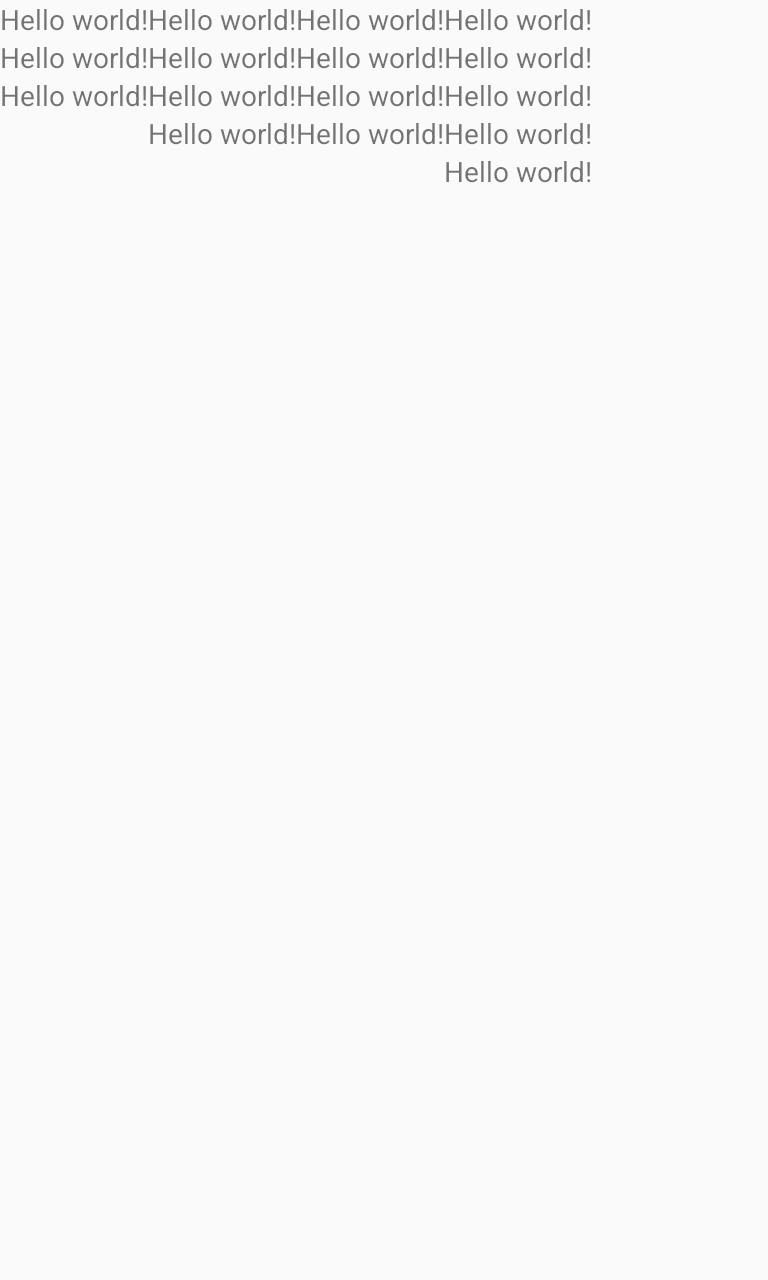
Repository: deyan-yosifov/Android
Layout: Workspace/BouncingBallGame/res/layout/activity_accelerometer_monitor.xml
The author's editor kept a copy of each file at every save. The layout is drawn from the files as they stood at one save, then again after the next save.
It is drawn on a 768 x 1280 px phone screen (xhdpi) without system bars, with theme AppTheme; the app's code is not run.

Above is the layout before, as saved 2015-01-03 17:58:08.

### Workspace/BouncingBallGame/res/layout/activity_accelerometer_monitor.xml
<RelativeLayout xmlns:android="http://schemas.android.com/apk/res/android"
    xmlns:tools="http://schemas.android.com/tools"
    android:layout_width="match_parent"
    android:layout_height="match_parent"
    tools:context="${relativePackage}.${activityClass}" >

	<LinearLayout
	    android:layout_width="wrap_content"
        android:layout_height="wrap_content"
        android:orientation="vertical"
        android:id="@+id/acceleromatorValues"
	    >
	    <TextView
	        android:layout_width="wrap_content"
	        android:layout_height="wrap_content"
	        android:id="@+id/accelerometer_x_coordinate_textView"
	        android:text="@string/hello_world" />

	    <TextView
	        android:layout_width="wrap_content"
	        android:layout_height="wrap_content"
	        android:id="@+id/accelerometer_y_coordinate_textView"
	        android:text="@string/hello_world" />

	    <TextView
	        android:layout_width="wrap_content"
	        android:layout_height="wrap_content"
	        android:id="@+id/accelerometer_z_coordinate_textView"
	        android:text="@string/hello_world" />
	</LinearLayout>

	<LinearLayout
	    android:layout_width="wrap_content"
        android:layout_height="wrap_content"
        android:orientation="vertical"
        android:id="@+id/linearAccelerationValues"
        android:layout_toRightOf="@id/acceleromatorValues"
	    >
		<TextView
	        android:layout_width="wrap_content"
	        android:layout_height="wrap_content"
	        android:id="@+id/linearAcceleration_x_coordinate_textView"
	        android:text="@string/hello_world" />

	    <TextView
	        android:layout_width="wrap_content"
	        android:layout_height="wrap_content"
	        android:id="@+id/linearAcceleration_y_coordinate_textView"
	        android:text="@string/hello_world" />

	    <TextView
	        android:layout_width="wrap_content"
	        android:layout_height="wrap_content"
	        android:id="@+id/linearAcceleration_z_coordinate_textView"
	        android:text="@string/hello_world" />

	    <TextView
	        android:layout_width="wrap_content"
	        android:layout_height="wrap_content"
	        android:id="@+id/linearAcceleration_length__textView"
	        android:text="@string/hello_world" />
	</LinearLayout>

	<LinearLayout
	    android:layout_width="wrap_content"
        android:layout_height="wrap_content"
        android:orientation="vertical"
        android:id="@+id/gravityValues"
        android:layout_toRightOf="@id/linearAccelerationValues"
	    >
		<TextView
	        android:layout_width="wrap_content"
	        android:layout_height="wrap_content"
	        android:id="@+id/gravity_x_coordinate_textView"
	        android:text="@string/hello_world" />

	    <TextView
	        android:layout_width="wrap_content"
	        android:layout_height="wrap_content"
	        android:id="@+id/gravity_y_coordinate_textView"
	        android:text="@string/hello_world" />

	    <TextView
	        android:layout_width="wrap_content"
	        android:layout_height="wrap_content"
	        android:id="@+id/gravity_z_coordinate_textView"
	        android:text="@string/hello_world" />

	    <TextView
	        android:layout_width="wrap_content"
	        android:layout_height="wrap_content"
	        android:id="@+id/gravity_length_coordinate_textView"
	        android:text="@string/hello_world" />
	</LinearLayout>

	<LinearLayout
	    android:layout_width="wrap_content"
        android:layout_height="wrap_content"
        android:orientation="vertical"
        android:id="@+id/timeValues"
        android:layout_toRightOf="@id/gravityValues"
	    >
	    <TextView
	        android:layout_width="wrap_content"
	        android:layout_height="wrap_content"
	        android:id="@+id/currentTime_textView"
	        android:text="@string/hello_world" />

	    <TextView
	        android:layout_width="wrap_content"
	        android:layout_height="wrap_content"
	        android:id="@+id/currentDeltaTime_textView"
	        android:text="@string/hello_world" />

	    <TextView
	        android:layout_width="wrap_content"
	        android:layout_height="wrap_content"
	        android:id="@+id/averageDeltaTime_textView"
	        android:text="@string/hello_world" />

	    <TextView
	        android:layout_width="wrap_content"
	        android:layout_height="wrap_content"
	        android:id="@+id/minDeltaTime_textView"
	        android:text="@string/hello_world" />

	    <TextView
	        android:layout_width="wrap_content"
	        android:layout_height="wrap_content"
	        android:id="@+id/maxDeltaTime_textView"
	        android:text="@string/hello_world" />
	</LinearLayout>

</RelativeLayout>

### Workspace/BouncingBallGame/res/values/styles.xml
<resources xmlns:android="http://schemas.android.com/apk/res/android">

    <!--
        Base application theme, dependent on API level. This theme is replaced
        by AppBaseTheme from res/values-vXX/styles.xml on newer devices.
    -->
    <style name="FallingRocksFonts" parent="@android:style/TextAppearance.Medium">
        <item name="android:layout_width">wrap_content</item>
        <item name="android:layout_height">wrap_content</item>
        <item name="android:textColor">#FF0000</item>
        <item name="android:background">#00FF00</item>
        <item name="android:padding">10dp</item>
        <item name="android:layout_centerHorizontal">true</item>
    </style>

    <style name="FallingRocksButtons" parent="@android:attr/buttonStyleSmall">
        <item name="android:layout_width">wrap_content</item>
        <item name="android:layout_height">wrap_content</item>
        <item name="android:padding">10dp</item>
        <item name="android:layout_centerHorizontal">true</item>
    </style>

    <style name="AppBaseTheme" parent="Theme.AppCompat.Light">
        <!--
            Theme customizations available in newer API levels can go in
            res/values-vXX/styles.xml, while customizations related to
            backward-compatibility can go here.
        -->

    </style>

    <!-- Application theme. -->
    <style name="AppTheme" parent="AppBaseTheme">
        <!-- All customizations that are NOT specific to a particular API-level can go here. -->
    </style>

</resources>

### Workspace/BouncingBallGame/res/values/strings.xml
<?xml version="1.0" encoding="utf-8"?>
<resources>

    <string name="app_name">Falling Rocks</string>
    <string name="hello_world">Hello world!</string>
    <string name="welcome_header">Welcome to Falling Rocks game!</string>
    <string name="button_play_game">Play the game!</string>
    <string name="action_settings">Settings</string>
    <string name="title_activity_single_player_game">Play game!</string>

</resources>

Loaded but not shown: Workspace/BouncingBallGame/res/values-v11/styles.xml (common file); Workspace/BouncingBallGame/res/values-v14/styles.xml (common file)

After the next save:
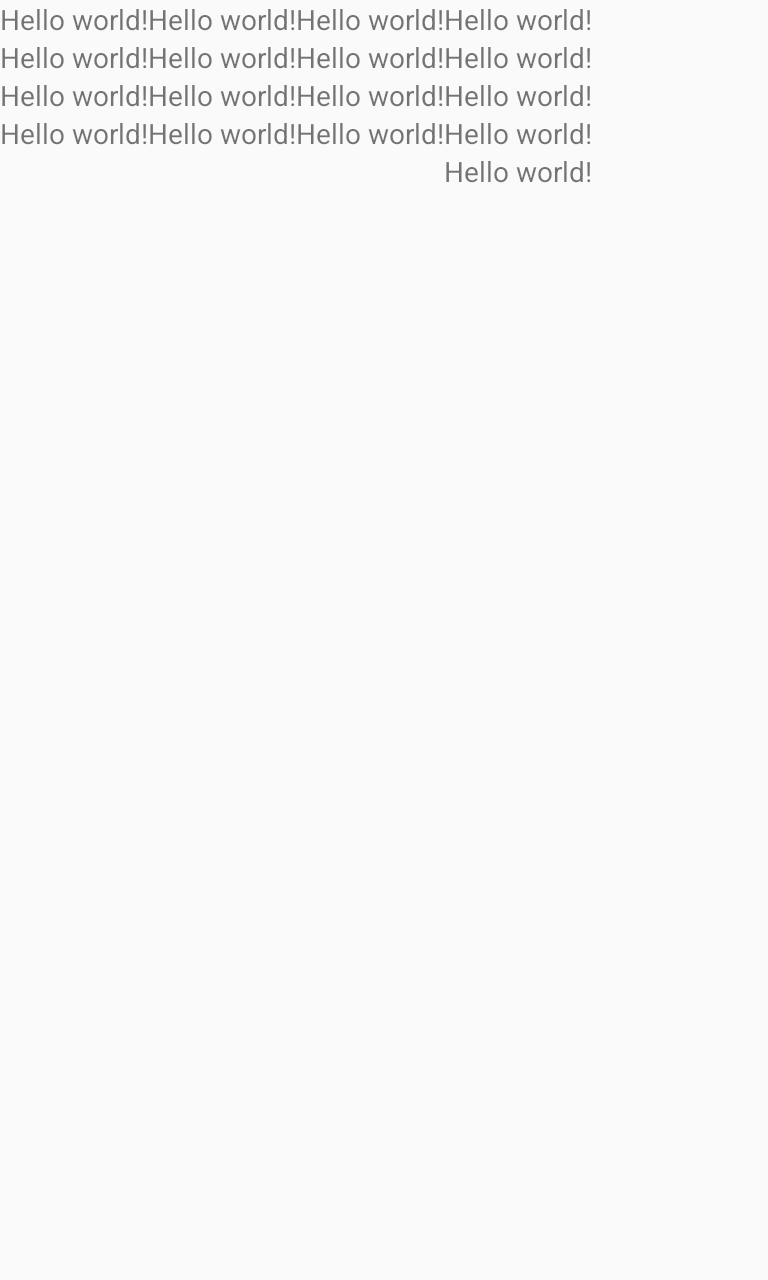
Saved 40 s later.
--- a/Workspace/BouncingBallGame/res/layout/activity_accelerometer_monitor.xml
+++ b/Workspace/BouncingBallGame/res/layout/activity_accelerometer_monitor.xml
@@ -26,6 +26,12 @@
 	        android:layout_width="wrap_content"
 	        android:layout_height="wrap_content"
 	        android:id="@+id/accelerometer_z_coordinate_textView"
+	        android:text="@string/hello_world" />
+
+	    <TextView
+	        android:layout_width="wrap_content"
+	        android:layout_height="wrap_content"
+	        android:id="@+id/accelerometer_length_textView"
 	        android:text="@string/hello_world" />
 	</LinearLayout>
 
